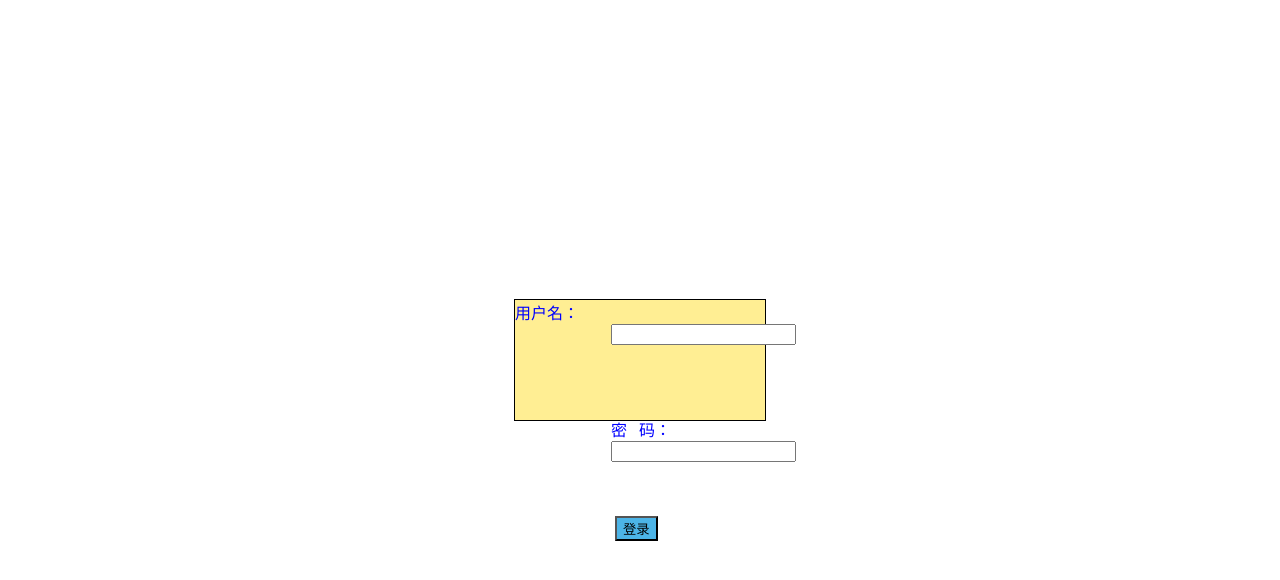
Repository: guirui-li/StudyJavaWeb
Page: http://localhost/JavawebTest/LoginServlet
These files come from the project's save history. The page is drawn as it stood at one moment and after the next save; the edit follows.
The browser window is 1280 px wide. The pictures show the whole page.
The page is served by Tomcat 9. Other server files are loaded and not shown.

Above is the page before, as saved 2019-05-03 07:21:45.

### JavawebTest/WebContent/experiment07/login.jsp
<%@ page language="java" contentType="text/html; charset=UTF-8"
    pageEncoding="UTF-8"%>
<!DOCTYPE html>
<html>
<head>
<meta http-equiv="Content-Type" content="text/html; charset=UTF-8">
<title>登录页面</title>
	<style type="text/css">
		body{
			margin: 0;
			padding: 0;
		}
		label{
			display:inline-block;
			width: 68px;
			color:blue;
			white-space: pre;
		}
		#form1{
			border: 1px solid black;
			width:250px;
			height:120px;
			background-color: #ffee93;
			position:absolute;
			top:50%;
			left:50%;
			transform:translate(-50%,-50%);
		}
		#submit{
			margin-left: 100px;
			background-color: #4cb4e7;
		}
	</style>
</head>
<body>
	<form action="/JavawebTest/LoginServlet" id="form1" name="form1" method="post">
		<label>用户名：
			<input type="text" name="name" value="${requestScope.name }"/>
			<br>
		</label>
			<div id="div1">
				${requestScope.page1 }
			</div>
		<label>
			密&nbsp;&nbsp;&nbsp;码：
			<input type="text" name="psw" value="${requestScope.psw }" id="psw"/>
			<br>
		</label>
			<div id="div1">
				${requestScope.page2 }
			</div>
			<input type="submit" name="Submit" value="登录" id="submit"/>
	</form>
</body>
</html>

### JavawebTest/src/com/guirui/demo03/LoginServlet.java
package com.guirui.demo03;

import java.io.IOException;
import javax.servlet.ServletException;
import javax.servlet.annotation.WebServlet;
import javax.servlet.http.HttpServlet;
import javax.servlet.http.HttpServletRequest;
import javax.servlet.http.HttpServletResponse;

/**
 * Servlet implementation class LoginServlet
 */
@WebServlet("/LoginServlet")
public class LoginServlet extends HttpServlet {
	private static final long serialVersionUID = 1L;

    /**
     * @see HttpServlet#HttpServlet()
     */
    public LoginServlet() {
        super();
        // TODO Auto-generated constructor stub
    }

	/**
	 * @see HttpServlet#doGet(HttpServletRequest request, HttpServletResponse response)
	 */
	protected void doGet(HttpServletRequest request, HttpServletResponse response) throws ServletException, IOException {
		response.setContentType("text/html;charset=UTF-8");
		String pageURL="/experiment07/login.jsp";
		String name=null;
		Customer customer=new Customer();
		try {
			//寧땍狼邱뚤닒啞응포돤돕돨鑒앴쏵契긍쯤딧憐
			name=new String(request.getParameter("name").getBytes("ISO-8859-1"),"UTF-8");
			String password=new String(request.getParameter("psw").getBytes("ISO-8859-1"),"UTF-8");
			if(name==null||password==null) {
				return;
			}
			if(name.equals("")||password.equals("")) {
				return;
			}
			if(!customer.findName(name)) {
				request.setAttribute("page1", "헝渴흙攣횅돨痰빵츰");
			}else {
				if(customer.findPsw(name).equals(password)) {
					pageURL="/experiment07/loginSuccess.jsp";
					customer=customer.findCustomer(name);
					request.setAttribute("sex", customer.getSex());
					request.setAttribute("age",customer.getAge());
				}else {
					request.setAttribute("page2", "헝渴흙攣횅돨쵱쯤");
				}
			}
		} catch (Exception e) {}
		finally {
			request.setAttribute("name", name);
			request.getRequestDispatcher(pageURL).forward(request, response);
		}


	}

	/**
	 * @see HttpServlet#doPost(HttpServletRequest request, HttpServletResponse response)
	 */
	protected void doPost(HttpServletRequest request, HttpServletResponse response) throws ServletException, IOException {
		// TODO Auto-generated method stub
		doGet(request, response);
	}

}

### JavawebTest/src/com/guirui/demo03/Customer.java
package com.guirui.demo03;

import java.sql.Connection;
import java.sql.DriverManager;
import java.sql.PreparedStatement;
import java.sql.ResultSet;
import java.sql.SQLException;

public class Customer {
	private static final String forname="com.mysql.cj.jdbc.Driver";
	private static final String url="jdbc:mysql://localhost:3306/customer?serverTimezone=UTC";
	private static final String username="root";
	private static final String password="654321";
	private String id;
	private String name;
	private String psw;
	private String sex;
	private int age;

	public Customer() {}

	public Connection getConnection(){
		Connection con = null;
		try {
			Class.forName(forname);
			con=DriverManager.getConnection(url,username,password);
		} catch (ClassNotFoundException e) {
			e.printStackTrace();
		}catch(SQLException e) {
			e.printStackTrace();
		}
		return con;
	}
	public String findPsw(String name){
		String sql="select upassword from user where uname=?";
		String pword=null;
		Connection conn=this.getConnection();
		PreparedStatement ps=null;
		ResultSet rs=null;
		try {
			ps=conn.prepareStatement(sql);
			ps.setString(1, name);
			rs=ps.executeQuery();
			if(rs.next()) {
				pword=rs.getString("upassword");
			}
			rs.close();
			ps.close();
			conn.close();
		} catch (SQLException e) {
			e.printStackTrace();
		}
		return pword;
	}

	public boolean findName(String name){
		String sql="select uname from user where uname=?";
		boolean flag=false;
		Connection conn=this.getConnection();
		PreparedStatement ps=null;
		ResultSet rs=null;
		try {
			ps=conn.prepareStatement(sql);
			ps.setString(1, name);
			rs=ps.executeQuery();
			if(rs.next()) {
				flag=true;
			}
			rs.close();
			ps.close();
			conn.close();
		} catch (SQLException e) {
			e.printStackTrace();
		}
		return flag;
	}
	public Customer findCustomer(String name) {
		String sql="select usex,uage from user where uname=?";
		Connection conn=this.getConnection();
		PreparedStatement ps=null;
		ResultSet rs=null;
		try {
			ps=conn.prepareStatement(sql);
			ps.setString(1, name);
			rs=ps.executeQuery();
			if(rs.next()) {
				this.sex=rs.getString("usex");
				this.age=rs.getInt("uage");
			}
			rs.close();
			ps.close();
			conn.close();
		} catch (SQLException e) {
			e.printStackTrace();
		}
		return this;
	}


	public String getId() {
		return id;
	}
	public void setId(String id) {
		this.id = id;
	}
	public String getName() {
		return name;
	}
	public void setName(String name) {
		this.name = name;
	}
	public String getPsw() {
		return psw;
	}
	public void setPsw(String psw) {
		this.psw = psw;
	}
	public String getSex() {
		return sex;
	}
	public void setSex(String sex) {
		this.sex = sex;
	}
	public int getAge() {
		return age;
	}
	public void setAge(int age) {
		this.age = age;
	}

}

After the next save:
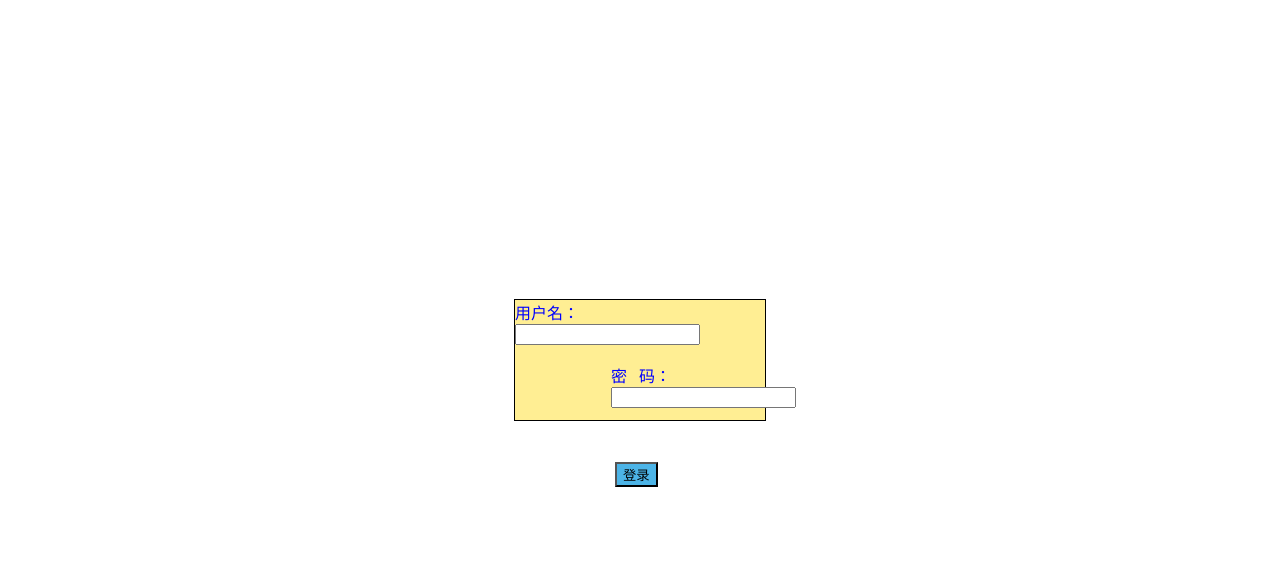
Saved 35 s later.
--- a/JavawebTest/WebContent/experiment07/login.jsp
+++ b/JavawebTest/WebContent/experiment07/login.jsp
@@ -34,10 +34,10 @@
 </head>
 <body>
 	<form action="/JavawebTest/LoginServlet" id="form1" name="form1" method="post">
-		<label>用户名：
+		<label>用户名：</label>
 			<input type="text" name="name" value="${requestScope.name }"/>
 			<br>
-		</label>
+
 			<div id="div1">
 				${requestScope.page1 }
 			</div>
